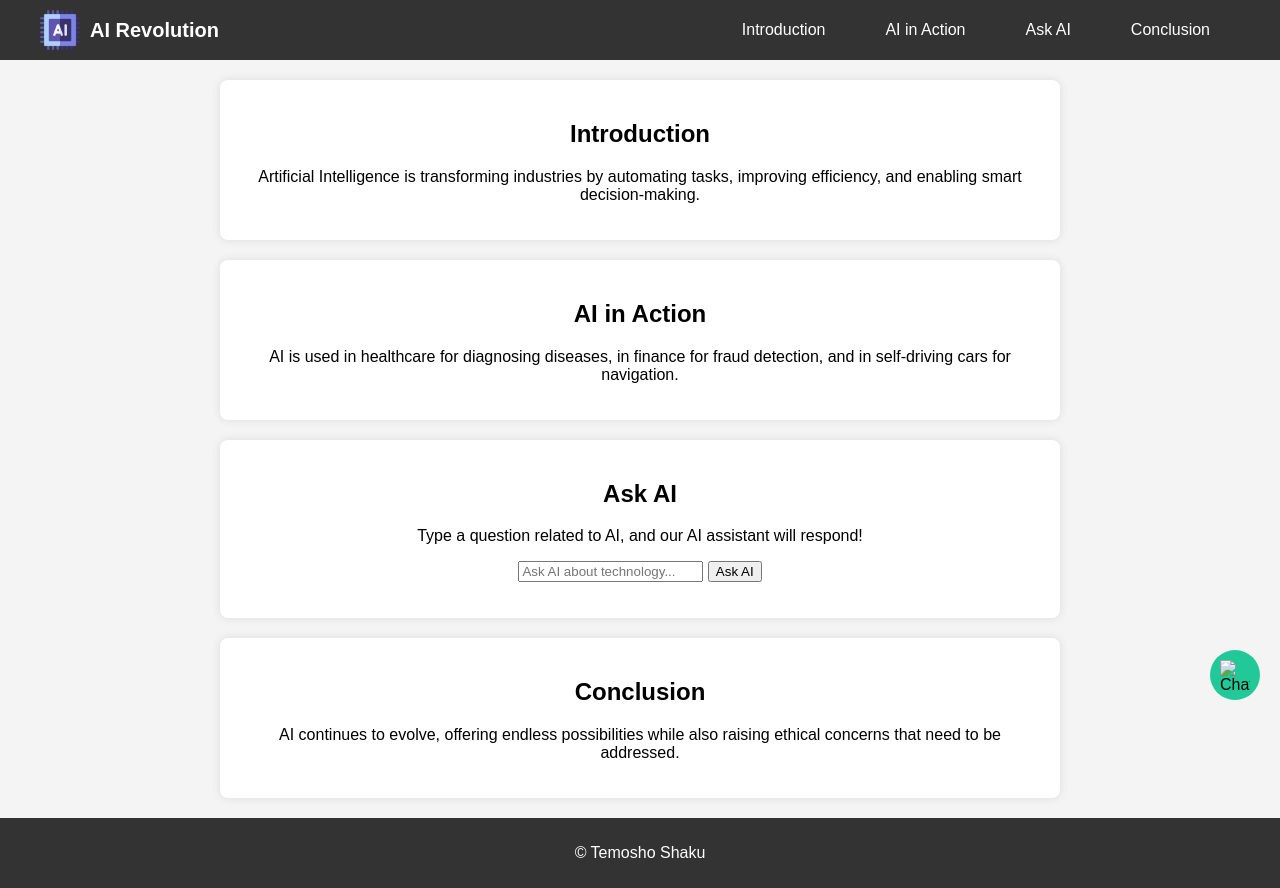
Repository: TemoshoS/ai
Page: index.html
An editor plug-in stored every save of this project. The page is shown before and after a run of saves, followed by the edit.
The browser window is 1280 px wide. The pictures show the whole page.

Above is the page before, as saved 2025-02-16 15:33:40.
Not found: chat-icon.png

### index.html
<!DOCTYPE html>
<html lang="en">
<head>
    <meta charset="UTF-8">
    <meta name="viewport" content="width=device-width, initial-scale=1.0">
    <title>AI Revolution</title>
    <link rel="stylesheet" href="styles.css">
</head>
<body>

    <nav>
        <div class="nav-container">
            <div class="logo">
                <img src="./ai.png" alt="AI Logo">
                <span>AI Revolution</span>
            </div>
            <ul class="nav-links">
                <li><a href="#intro">Introduction</a></li>
                <li><a href="#body">AI in Action</a></li>
                <li><a href="#chatbot">Ask AI</a></li>
                <li><a href="#conclusion">Conclusion</a></li>
            </ul>
        </div>
    </nav>

    <section id="intro">
        <h2>Introduction</h2>
        <p>Artificial Intelligence is transforming industries by automating tasks, improving efficiency, and enabling smart decision-making.</p>
    </section>

    <section id="body">
        <h2>AI in Action</h2>
        <p>AI is used in healthcare for diagnosing diseases, in finance for fraud detection, and in self-driving cars for navigation.</p>
    </section>

    <section id="chatbot">
        <h2>Ask AI</h2>
        <p>Type a question related to AI, and our AI assistant will respond!</p>
        <input type="text" id="userInput" placeholder="Ask AI about technology...">
        <button id="askAI">Ask AI</button>
        <p id="aiResponse"></p>

        <!-- Chat Icon -->
        <div id="chatIcon">
            <img src="./chat-icon.png" alt="Chat" />
        </div>

        <!-- Chat Box -->
        <div id="chatBox">
            <div class="chat-header">
                <span>AI Chat</span>
                <button id="closeChat">&times;</button>
            </div>
            <div class="chat-body">
                <p>Welcome! Ask me anything.</p>
            </div>
            <input type="text" id="chatInput" placeholder="Type your message...">
            <button id="sendChat">Send</button>
        </div>
    </section>


    <section id="conclusion">
        <h2>Conclusion</h2>
        <p>AI continues to evolve, offering endless possibilities while also raising ethical concerns that need to be addressed.</p>
    </section>

    <footer>
        <p>&copy; Temosho Shaku</p>
    </footer>

    <script src="script.js"></script>
</body>
</html>

### styles.css
body {
    font-family: Arial, sans-serif;
    margin: 0;
    padding: 0;
    background-color: #f4f4f4;
    text-align: center;
}

/* NAVIGATION BAR */
nav {
    background: #333;
    padding: 10px 20px;
}

.nav-container {
    display: flex;
    justify-content: space-between;
    align-items: center;
    max-width: 1200px;
    margin: auto;
}

.logo {
    display: flex;
    align-items: center;
}

.logo img {
    width: 40px;
    height: 40px;
    margin-right: 10px;
}

.logo span {
    font-size: 20px;
    color: white;
    font-weight: bold;
}

.nav-links {
    list-style: none;
    display: flex;
    margin: 0;
    padding: 0;
}

.nav-links li {
    margin: 0 15px;
}

.nav-links li a {
    color: white;
    text-decoration: none;
    padding: 10px 15px;
    display: block;
}

.nav-links li a:hover {
    background-color: #20C997;
    border-radius: 5px;
}

/* CONTENT */
section {
    padding: 20px;
    max-width: 800px;
    margin: auto;
    background: white;
    margin-top: 20px;
    border-radius: 8px;
    box-shadow: 0px 0px 10px rgba(0, 0, 0, 0.1);
}

/* Chat Icon */
#chatIcon {
    position: fixed;
    bottom: 20px;
    right: 20px;
    background-color: #20C997;
    width: 50px;
    height: 50px;
    border-radius: 50%;
    display: flex;
    justify-content: center;
    align-items: center;
    cursor: pointer;
}

#chatIcon img {
    width: 30px;
    height: 30px;
}

/* Chat Box */
#chatBox {
    position: fixed;
    bottom: 80px;
    right: 20px;
    width: 300px;
    background: white;
    box-shadow: 0px 0px 10px rgba(0, 0, 0, 0.2);
    border-radius: 8px;
    display: none;
    flex-direction: column;
}

.chat-header {
    background: #20C997;
    color: white;
    padding: 10px;
    display: flex;
    justify-content: space-between;
    align-items: center;
    font-weight: bold;
}

.chat-header button {
    background: none;
    border: none;
    color: white;
    font-size: 20px;
    cursor: pointer;
}

.chat-body {
    padding: 10px;
    max-height: 200px;
    overflow-y: auto;
}

#chatInput {
    width: 80%;
    padding: 10px;
    border: 1px solid #ccc;
    border-radius: 5px;
    margin: 10px;
}

#sendChat {
    background-color: #20C997;
    color: white;
    padding: 10px;
    border: none;
    cursor: pointer;
    border-radius: 5px;
}


/* FOOTER */
footer {
    margin-top: 20px;
    background-color: #333;
    color: white;
    padding: 10px;
}

### script.js

document.getElementById("askAI").addEventListener("click", function () {
    let userInput = document.getElementById("userInput").value.trim();

    if (!userInput) {
        alert("Please enter a question!");
        return;
    }

    document.getElementById("aiResponse").innerText = "Thinking...";

    setTimeout(() => {
        let fakeResponses = [
            "AI helps automate repetitive tasks.",
            "Machine learning enables computers to learn from data.",
            "AI is used in chatbots, self-driving cars, and healthcare.",
            "AI raises ethical concerns, including bias and job automation.",
            "AI can improve cybersecurity by detecting threats."
        ];

        let randomResponse = fakeResponses[Math.floor(Math.random() * fakeResponses.length)];

        document.getElementById("aiResponse").innerText = randomResponse;
    }, 1500);
});

After the next 2 saves:
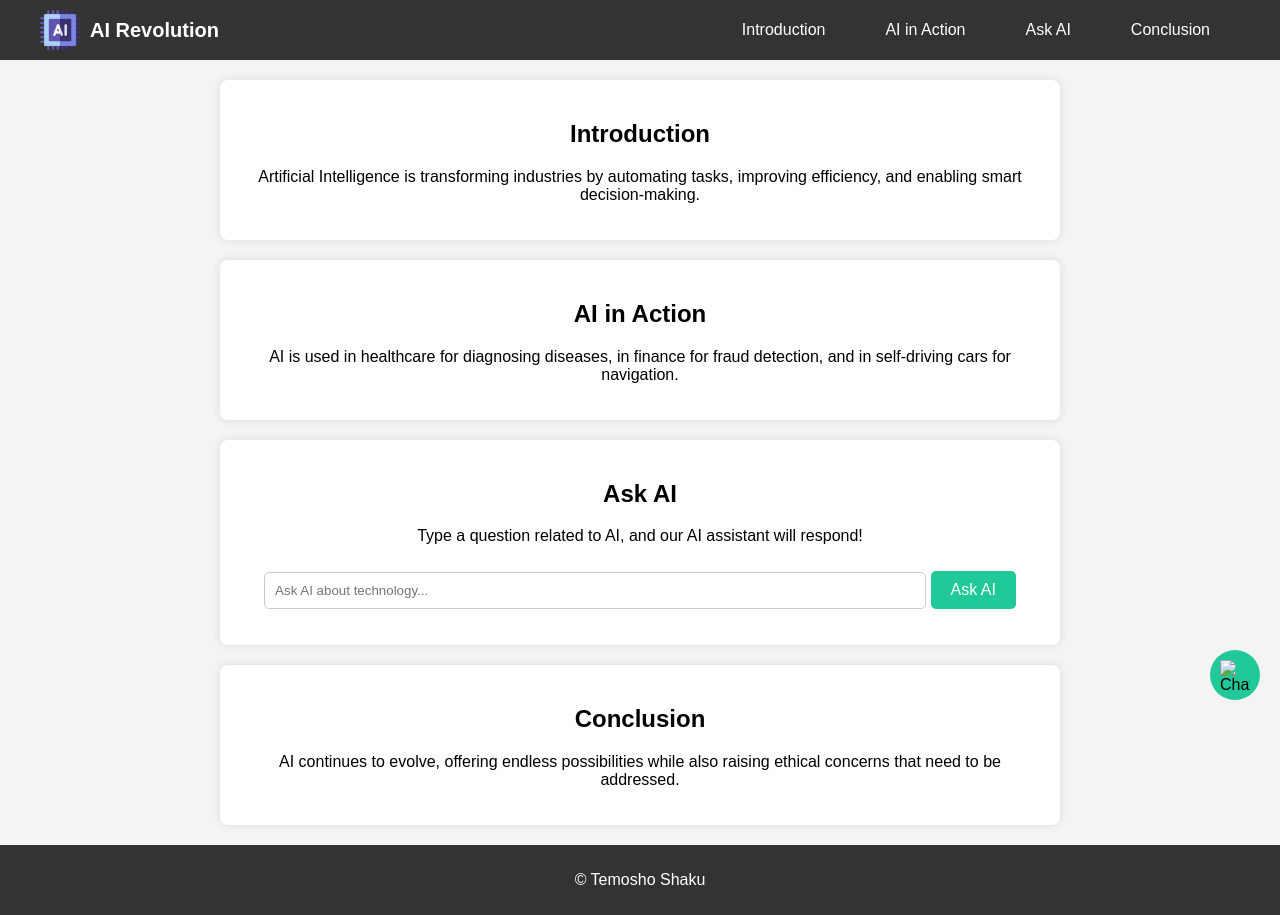
The 2 saves are shown as one change because they came seconds apart.
The last was saved 11 s later.
--- a/styles.css
+++ b/styles.css
@@ -71,6 +71,35 @@ section {
     box-shadow: 0px 0px 10px rgba(0, 0, 0, 0.1);
 }
 
+/* AI CHAT */
+input {
+    padding: 10px;
+    width: 80%;
+    border: 1px solid #ccc;
+    border-radius: 5px;
+    margin-top: 10px;
+}
+
+button {
+    background-color: #20C997;
+    color: white;
+    padding: 10px 20px;
+    border: none;
+    font-size: 16px;
+    cursor: pointer;
+    margin-top: 10px;
+    border-radius: 5px;
+}
+
+button:hover {
+    background-color: #17a589;
+}
+
+#aiResponse {
+    font-weight: bold;
+    color: #333;
+    margin-top: 15px;
+}
 /* Chat Icon */
 #chatIcon {
     position: fixed;
